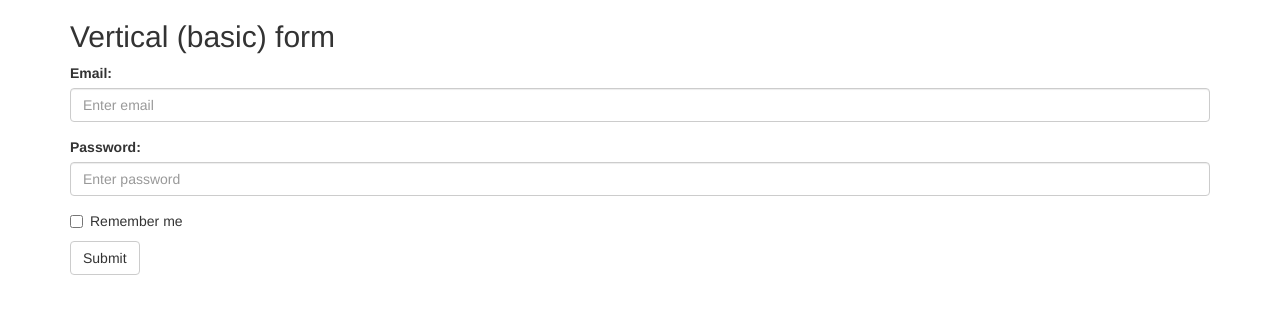
Repository: kavitachana/Aug-26
Page: thezoo/src/main/webapp/WEB-INF/form.html
These files come from the project's save history. The page is drawn as it stood at one moment and after the next save; the edit follows.
The browser window is 1280 px wide. The pictures show the whole page.

Above is the page before, as saved 2016-08-26 17:19:53.

After the next save:
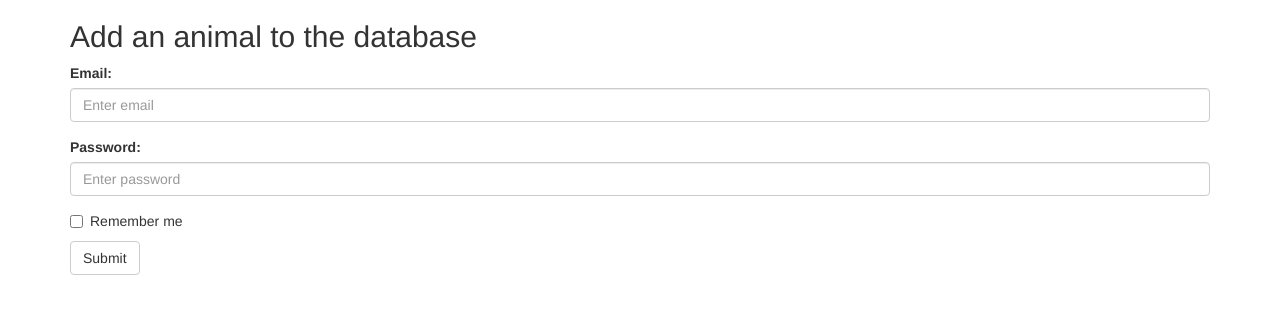
Saved 59 s later.
--- a/thezoo/src/main/webapp/WEB-INF/form.html
+++ b/thezoo/src/main/webapp/WEB-INF/form.html
@@ -11,7 +11,7 @@
 <body>
 
 <div class="container">
-  <h2>Vertical (basic) form</h2>
+  <h2>Add an animal to the database</h2>
   <form>
     <div class="form-group">
       <label for="email">Email:</label>
